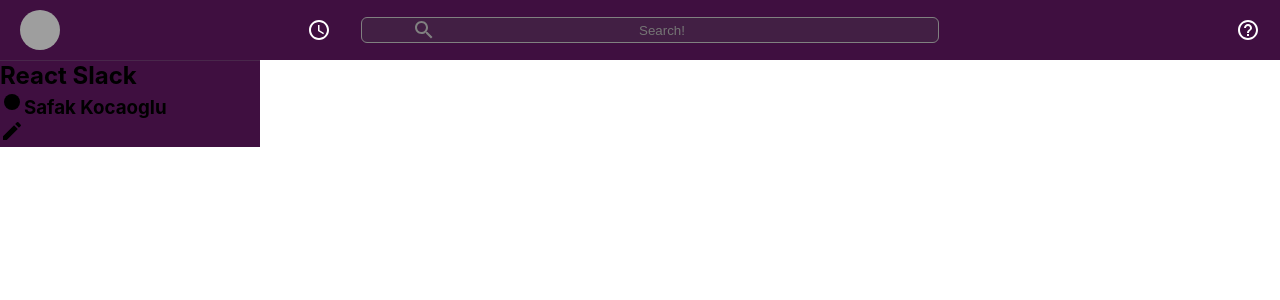
Repository: mminhaz93/React-Slack-Clone
Page: /
The author's editor kept a copy of each file at every save. The page is drawn from the files as they stood at one save, then again after the next save.
The browser window is 1280 px wide. The pictures show the whole page.
Pictures or frames that could not be fetched are drawn as grey boxes. The project was rebuilt for these pictures with package versions that can differ from the ones it lists, and the page was loaded fresh each time.

Above is the page before, as saved 2020-08-13 20:58:05.

After the next save:
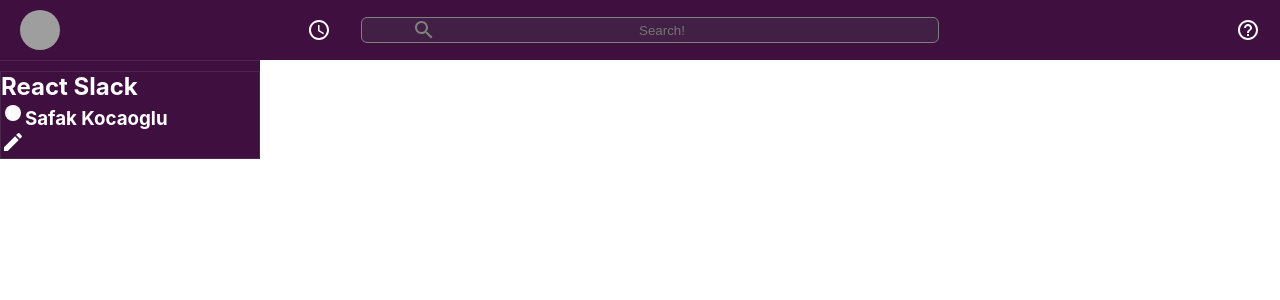
Saved 58 s later.
--- a/src/components/Sidebar.css
+++ b/src/components/Sidebar.css
@@ -2,4 +2,11 @@
   background-color: var(--slack-color);
   border-top: 1px solid #49274b;
   max-width: 260px;
+  color: white;
 }
+
+.sidebarHeader {
+  margin-top: 10px;
+  margin-bottom: 10px;
+  border: 1px solid #49274b;
+}
